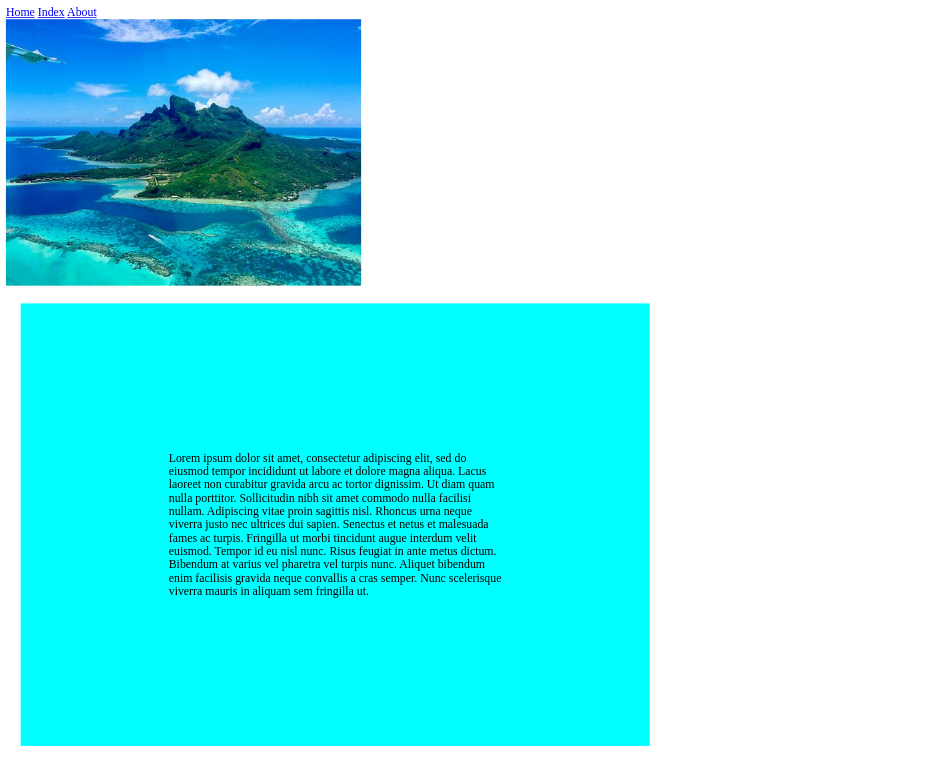
Repository: Melinda-Nanjad-Personal-Website/Personal-web
Page: about.html
The author's editor kept a copy of each file at every save. The page is drawn from the files as they stood at one save, then again after the next save.
The browser window is 1280 px wide. The pictures show the whole page, at 74% of full size.

Above is the page before, as saved 2023-07-21 17:23:43.

### about.html
<!DOCTYPE html>
<html lang="en">
<head>
    <meta charset="UTF-8">
    <meta name="viewport" content="width=device-width, initial-scale=1.0">
    <title>Personal Website</title>
</head>
<style>
div {
background-color:aqua;
width: 450px;
border:15px skyblue;
padding: 200px;
margin: 20px;
}

<header>
    <center>
        <h1>My Personal Website</h1>
        <h2>About me</h2>
    </center>
</header> <center>


   </style>
<nav>
    <a class="active" href="/home.html">Home</a>
    <a class="active" href="/Index.html">Index</a>
    <a class="active" href="/about.html">About</a>

        </nav> </center>


<body>

 <img src="island.jpeg" href="photo of island"
 <br>

    <div>Lorem ipsum dolor sit amet, consectetur adipiscing elit, sed do eiusmod tempor incididunt ut labore et dolore magna aliqua. Lacus laoreet non curabitur gravida arcu ac tortor dignissim. Ut diam quam nulla porttitor. Sollicitudin nibh sit amet commodo nulla facilisi nullam. Adipiscing vitae proin sagittis nisl. Rhoncus urna neque viverra justo nec ultrices dui sapien. Senectus et netus et malesuada fames ac turpis. Fringilla ut morbi tincidunt augue interdum velit euismod. Tempor id eu nisl nunc. Risus feugiat in ante metus dictum. Bibendum at varius vel pharetra vel turpis nunc. Aliquet bibendum enim facilisis gravida neque convallis a cras semper. Nunc scelerisque viverra mauris in aliquam sem fringilla ut.</div>
</body>
</html>

After the next save:
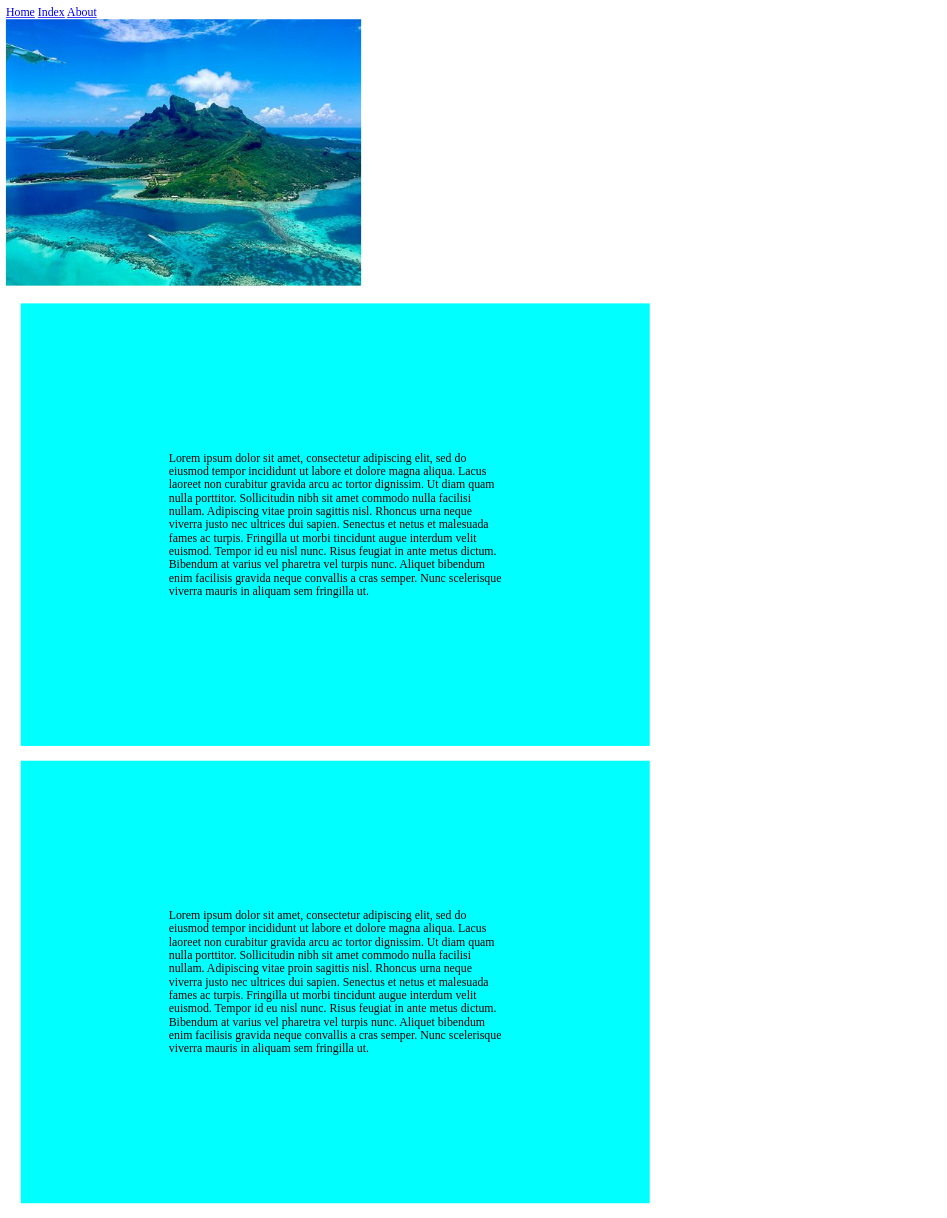
Saved 40 s later.
--- a/about.html
+++ b/about.html
@@ -37,5 +37,9 @@ margin: 20px;
  <br>
 
     <div>Lorem ipsum dolor sit amet, consectetur adipiscing elit, sed do eiusmod tempor incididunt ut labore et dolore magna aliqua. Lacus laoreet non curabitur gravida arcu ac tortor dignissim. Ut diam quam nulla porttitor. Sollicitudin nibh sit amet commodo nulla facilisi nullam. Adipiscing vitae proin sagittis nisl. Rhoncus urna neque viverra justo nec ultrices dui sapien. Senectus et netus et malesuada fames ac turpis. Fringilla ut morbi tincidunt augue interdum velit euismod. Tempor id eu nisl nunc. Risus feugiat in ante metus dictum. Bibendum at varius vel pharetra vel turpis nunc. Aliquet bibendum enim facilisis gravida neque convallis a cras semper. Nunc scelerisque viverra mauris in aliquam sem fringilla ut.</div>
-</body>
+
+    <div>Lorem ipsum dolor sit amet, consectetur adipiscing elit, sed do eiusmod tempor incididunt ut labore et dolore magna aliqua. Lacus laoreet non curabitur gravida arcu ac tortor dignissim. Ut diam quam nulla porttitor. Sollicitudin nibh sit amet commodo nulla facilisi nullam. Adipiscing vitae proin sagittis nisl. Rhoncus urna neque viverra justo nec ultrices dui sapien. Senectus et netus et malesuada fames ac turpis. Fringilla ut morbi tincidunt augue interdum velit euismod. Tempor id eu nisl nunc. Risus feugiat in ante metus dictum. Bibendum at varius vel pharetra vel turpis nunc. Aliquet bibendum enim facilisis gravida neque convallis a cras semper. Nunc scelerisque viverra mauris in aliquam sem fringilla ut.</div>
+
+
+    </body>
 </html>
